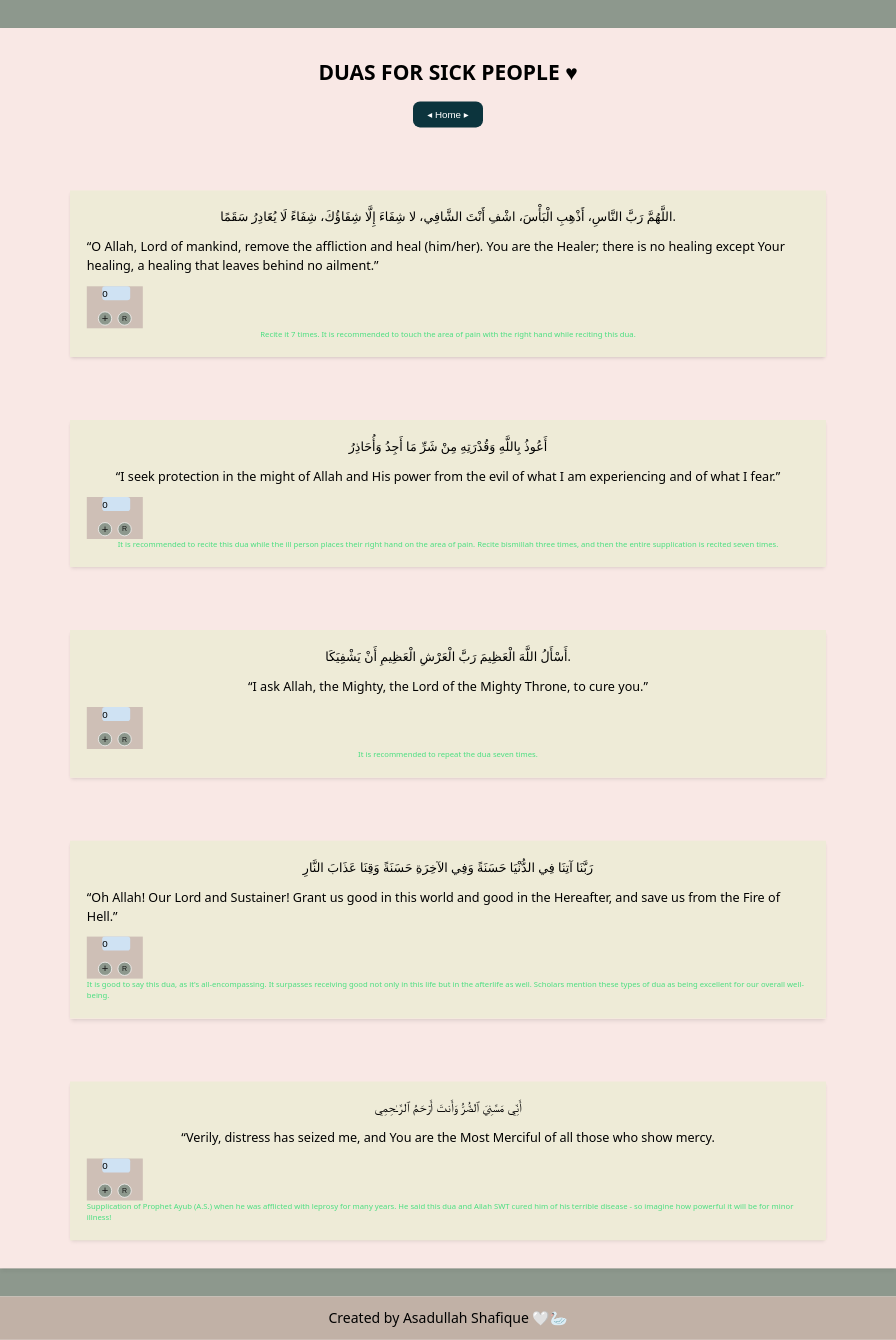
Repository: asadullah48/Duas_Diary
Page: /sick
These files come from the project's save history. The page is drawn as it stood at one moment and after the next save; the edit follows.
The browser window is 1280 px wide. The pictures show the whole page, at 70% of full size.
The project was rebuilt for these pictures with package versions that can differ from the ones it lists, and the page was loaded fresh each time. The framework's server and built-in components were replaced by stand-ins that run in the browser. Also part of the build but not shown: next.config.ts.

Above is the page before, as saved 2024-11-30 10:10:07.

### src/app/layout.tsx
import type { Metadata } from "next";
import localFont from "next/font/local";
import "./globals.css";
import Footer from "../components/footer";

const geistSans = localFont({
  src: "./fonts/GeistVF.woff",
  variable: "--font-geist-sans",
  weight: "100 900",
});
const geistMono = localFont({
  src: "./fonts/GeistMonoVF.woff",
  variable: "--font-geist-mono",
  weight: "100 900",
});

export const metadata: Metadata = {
  title: "Create Next App",
  description: "Generated by create next app",
};

export default function RootLayout({
  children,
}: Readonly<{
  children: React.ReactNode;
}>) {
  return (
    <html lang="en">
      <body
        className={`${geistSans.variable} ${geistMono.variable} antialiased`}
      >
        {children}
        <Footer/>
      </body>
    </html>
  );
}

### src/app/sick/page.tsx
import Link from "next/link";
import LightPinkSection from "@/components/props";
import Button from "@/components/button";

export default function Sick() {
  return (
    <div className="w-full h-auto bg-[#8D988D] flex justify-center items-center py-10">
      <div className="w-[95%] lg:w-[1300px] h-auto bg-[#F9E8E5] p-5 lg:p-10 rounded-md shadow-md">
        <div className="font-sans font-bold text-[24px] lg:text-[30px] text-black text-center mb-5">
          DUAS FOR SICK PEOPLE ♥
        </div>
        <Link href="/">
          <button className="bg-[#0c343d] text-white text-[12px] lg:text-[14px] mt-3 mb-5 mx-auto block rounded-[10px] px-5 py-2">
            ◂ Home ▸
          </button>
        </Link>

        {/* Dua Sections */}
        <LightPinkSection
          paragraph="اللَّهُمَّ رَبَّ النَّاسِ، أَذْهِبِ الْبَأْسَ، اشْفِ أَنْتَ الشَّافِي، لا شِفَاءَ إِلَّا شِفَاؤُكَ، شِفَاءً لَا يُغَادِرُ سَقَمًا."
          paragraph2="“O Allah, Lord of mankind, remove the affliction and heal (him/her). You are the Healer; there is no healing except Your healing, a healing that leaves behind no ailment.”"
          buttonText={<Button />}
          note="Recite it 7 times. It is recommended to touch the area of pain with the right hand while reciting this dua."
        />
        <LightPinkSection
          paragraph="أَعُوذُ بِاللَّهِ وَقُدْرَتِهِ مِنْ شَرِّ مَا أَجِدُ وَأُحَاذِرُ"
          paragraph2="“I seek protection in the might of Allah and His power from the evil of what I am experiencing and of what I fear.”"
          buttonText={<Button />}
          note="It is recommended to recite this dua while the ill person places their right hand on the area of pain. Recite bismillah three times, and then the entire supplication is recited seven times."
        />
        <LightPinkSection
          paragraph="أَسْأَلُ اللَّهَ الْعَظِيمَ رَبَّ الْعَرْشِ الْعَظِيمِ أَنْ يَشْفِيَكَا."
          paragraph2="“I ask Allah, the Mighty, the Lord of the Mighty Throne, to cure you.”"
          buttonText={<Button />}
          note="It is recommended to repeat the dua seven times."
        />
        <LightPinkSection
          paragraph="رَبَّنَا آتِنَا فِي الدُّنْيَا حَسَنَةً وَفِي الآخِرَةِ حَسَنَةً وَقِنَا عَذَابَ النَّارِ"
          paragraph2="“Oh Allah! Our Lord and Sustainer! Grant us good in this world and good in the Hereafter, and save us from the Fire of Hell.”"
          buttonText={<Button />}
          note="It is good to say this dua, as it's all-encompassing. It surpasses receiving good not only in this life but in the afterlife as well. Scholars mention these types of dua as being excellent for our overall well-being."
        />
        <LightPinkSection
          paragraph="أَنِّي مَسَّنِيَ ٱلضُّرُّ وَأَنتَ أَرۡحَمُ ٱلرَّـٰحِمِي"
          paragraph2="“Verily, distress has seized me, and You are the Most Merciful of all those who show mercy."
          buttonText={<Button />}
          note="Supplication of Prophet Ayub (A.S.) when he was afflicted with leprosy for many years. He said this dua and Allah SWT cured him of his terrible disease - so imagine how powerful it will be for minor illness!"
        />
      </div>
    </div>
  );
}

### src/components/footer.tsx
// components/Footer.tsx
export default function Footer() {
    return (
      <footer className="w-full bg-[#C1B1A6] py-4">
        <div className="text-center text-black font-sans text-[16px] sm:text-[18px] lg:text-[20px]">
          Created by Asadullah Shafique 🤍🦢
        </div>
      </footer>
    );
  }

### src/components/props.tsx
import { ReactNode } from "react";

type SectionProps = {
  paragraph: string;
  buttonText: ReactNode;
  paragraph2: string;
  note: string; // Allows JSX elements, strings, or components
};

export default function LightPinkSection({
  paragraph,
  buttonText,
  paragraph2,
  note,
}: SectionProps) {
  return (
    <div className="w-[90%] bg-[#ececd3c5] p-6 rounded-lg mx-auto shadow-md mt-[90px]">
      <p className="text-black text-[18px] font-sans mb-4 flex justify-center">
        {paragraph}
      </p>
      <p className="text-black text-[18px] font-sans mb-4 flex justify-center">
        {paragraph2}
      </p>
      <div>{buttonText}</div>
      <p className="text-green-400 text-[11px] font-sans flex justify-center">
        {note}
      </p>
    </div>
  );
}

### src/components/button.tsx
"use client";

import { useState } from "react";

export default function Button() {
  // hook, event ke against ui ko update krna
  let [count, setcount] = useState(0); //returns array ik element hota hai jese yaha pr 0 hai  ik function aur jo function hota hai woh humari value hoti h
  console.log(count);

  const handleClick = () => {
    setcount(count + 1); //re-renders new value
  };

  const handleReset = () => {
    setcount(0); // reset back to 0
  };

  return (
    <div className="bg-[#CEBFB6] w-[80px] h-[60px] flex flex-col items-center justify-between">
      <p className="text-black w-[40px] flex text-sm bg-[#cfe2f3] rounded ml-1">
        {count}
      </p>

      <div className="flex space-x-2 mt-2">
        <button
          onClick={handleClick}
          className="bg-[#8D988D] w-[20px] h-[20px] px-1 py-1 rounded-full border mt-1 mb-1 border-white flex items-center justify-center text-center"
        >
          +
        </button>

        {/* Reset Button */}
        <button
          onClick={handleReset}
          className="bg-[#8D988D] w-[20px] h-[20px] px-1 py-1 rounded-full border mt-1 mb-1 border-white flex items-center justify-center text-[10px] text-center"
        >
          R
        </button>
      </div>
    </div>
  );
}

Loaded but not shown: src/app/globals.css (common file); tailwind.config.ts (common file)

After the next save:
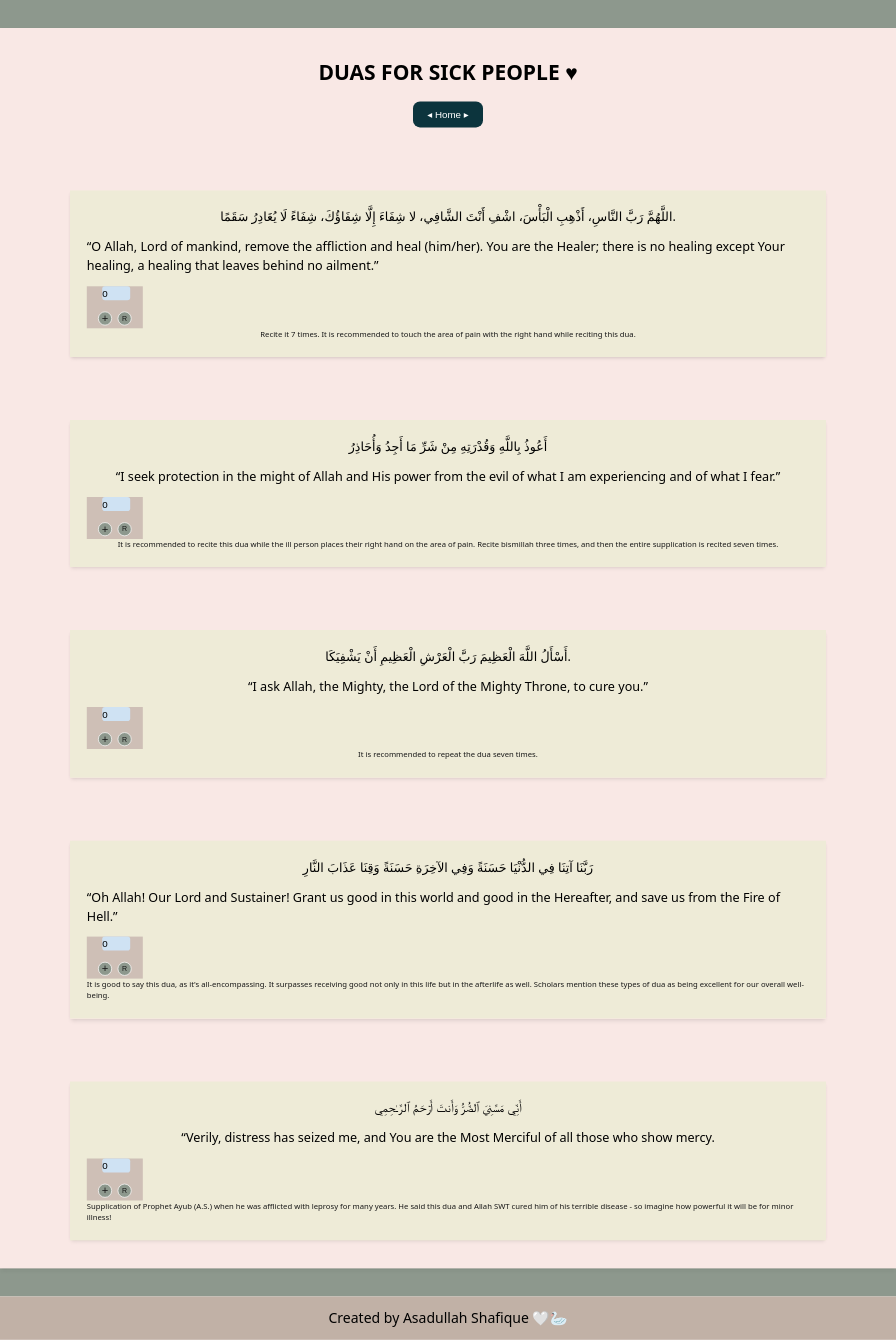
Saved 30 s later.
--- a/src/components/props.tsx
+++ b/src/components/props.tsx
@@ -22,7 +22,7 @@ export default function LightPinkSection({
         {paragraph2}
       </p>
       <div>{buttonText}</div>
-      <p className="text-green-400 text-[11px] font-sans flex justify-center">
+      <p className="text--400 text-[11px] font-sans flex justify-center">
         {note}
       </p>
     </div>
